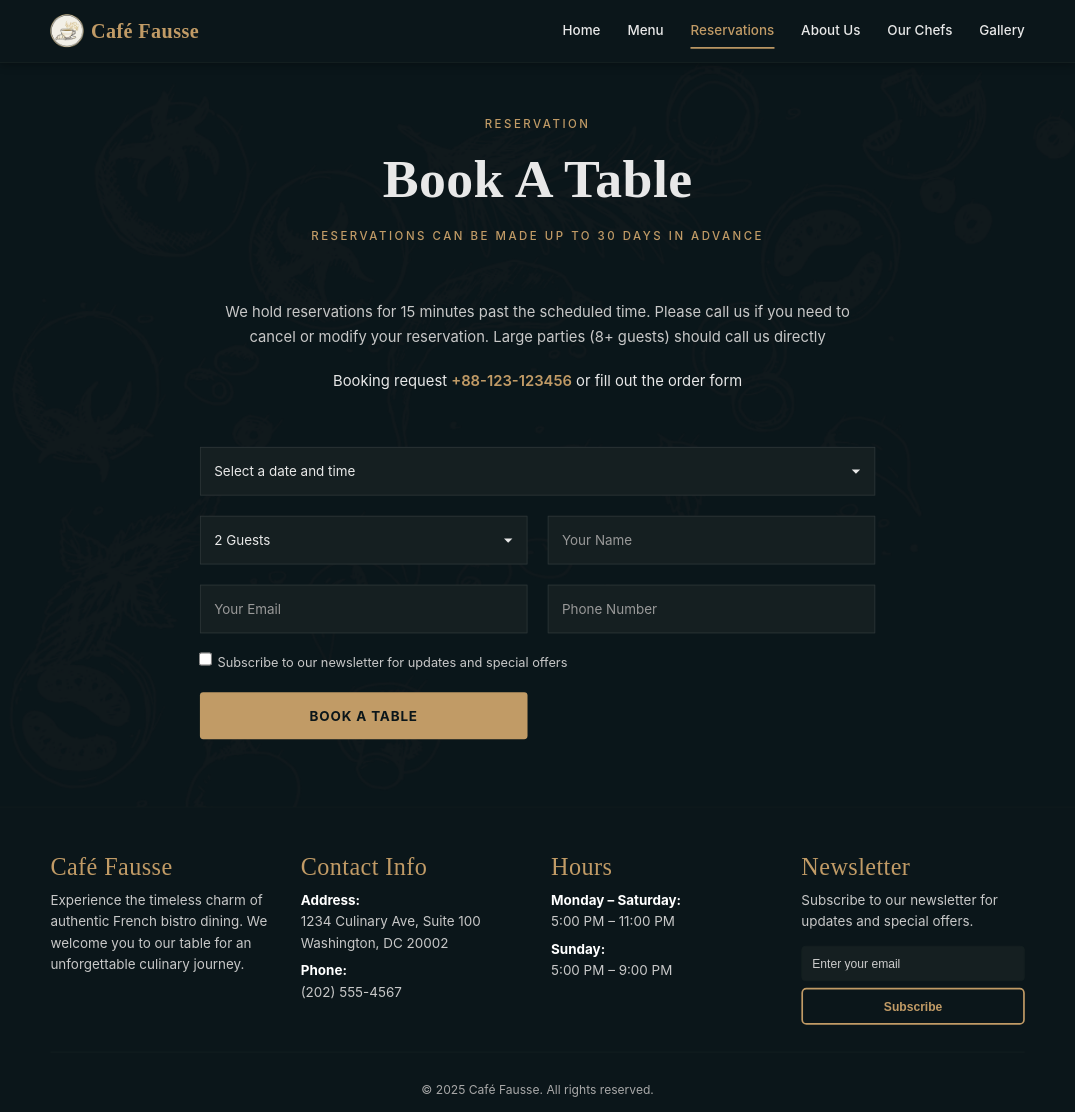
Repository: MatVanDenArt/MSSE-Cafe-Fausse
Page: /reservations (app in frontend/)
The author's editor kept a copy of each file at every save. The page is drawn from the files as they stood at one save, then again after the next save.
The browser window is 1280 px wide. The pictures show the whole page, at 84% of full size.
Backgrounds fixed to the window are drawn as part of the page. The project was rebuilt for these pictures with package versions that can differ from the ones it lists, and the page was loaded fresh each time. Also part of the build but not shown: frontend/src/pages/Home.css, frontend/src/pages/Home.js, frontend/src/pages/Menu.css, frontend/src/pages/Menu.js, frontend/src/pages/About.css, frontend/src/pages/About.js, frontend/src/pages/Gallery.css, frontend/src/pages/Gallery.js.

Above is the page before, as saved 2025-11-06 18:31:51.

### frontend/src/App.js
import React from "react";
import { BrowserRouter as Router, Routes, Route } from "react-router-dom";
import "./App.css";

// Import components
import Header from "./components/Header";
import Footer from "./components/Footer";
import Home from "./pages/Home";
import Menu from "./pages/Menu";
import Reservations from "./pages/Reservations";
import About from "./pages/About";
import Gallery from "./pages/Gallery";

function App() {
  return (
    <Router>
      <div className="App">
        <Header />
        <main className="main-content">
          <Routes>
            <Route path="/" element={<Home />} />
            <Route path="/menu" element={<Menu />} />
            <Route path="/reservations" element={<Reservations />} />
            <Route path="/about" element={<About />} />
            <Route path="/gallery" element={<Gallery />} />
          </Routes>
        </main>
        <Footer />
      </div>
    </Router>
  );
}

export default App;

### frontend/src/App.css
/* Global Styles */
* {
  margin: 0;
  padding: 0;
  box-sizing: border-box;
}

@import url("https://fonts.googleapis.com/css2?family=Dancing+Script:wght@400;500;600;700&family=Cormorant+Garamond:ital,wght@0,300;0,400;0,500;0,600;0,700;1,300;1,400;1,500;1,600&family=Inter:wght@300;400;500;600&family=Source+Sans+Pro:ital,wght@0,300;0,400;0,600;1,300;1,400&display=swap");

body {
  font-family: "Inter", "Source Sans Pro", "Helvetica Neue", "Arial", sans-serif;
  line-height: 1.6;
  color: #e8e8e8;
  background-color: #0b161a;
  font-weight: 400;
  padding-top: 70px; /* Account for fixed header */
}

/* Remove padding-top for home page since hero handles spacing */
.home {
  padding-top: 0;
}

.App {
  min-height: 100vh;
  display: flex;
  flex-direction: column;
}

.main-content {
  flex: 1;
}

/* Typography */
h1,
h2,
h3,
h4,
h5,
h6 {
  font-family: "Cormorant Garamond", "EB Garamond", "Georgia", "Times New Roman",
    serif;
  font-weight: 500;
  margin-bottom: 1rem;
  letter-spacing: 0.5px;
}

h1 {
  font-size: 2.5rem;
  color: #c19b66;
  font-family: "Dancing Script", "Cormorant Garamond", serif;
  font-weight: 600;
}

h2 {
  font-size: 2rem;
  color: #c19b66;
  font-family: "Dancing Script", "Cormorant Garamond", serif;
  font-weight: 600;
}

h3 {
  font-size: 2rem;
  color: #c19b66;
  font-family: "Cormorant Garamond", serif;
  font-weight: 500;
}

p {
  margin-bottom: 1rem;
  font-size: 1.1rem;
  font-family: "Inter", "Source Sans Pro", "Helvetica Neue", "Arial", sans-serif;
}

/* Container */
.container {
  max-width: 1200px;
  margin: 0 auto;
  padding: 0 20px;
}

/* Grid System */
.grid {
  display: grid;
  gap: 2rem;
}

.grid-2 {
  grid-template-columns: repeat(auto-fit, minmax(300px, 1fr));
}

.grid-3 {
  grid-template-columns: repeat(auto-fit, minmax(250px, 1fr));
}

.grid-4 {
  grid-template-columns: repeat(auto-fit, minmax(200px, 1fr));
}

/* Flexbox Utilities */
.flex {
  display: flex;
}

.flex-center {
  display: flex;
  justify-content: center;
  align-items: center;
}

.flex-between {
  display: flex;
  justify-content: space-between;
  align-items: center;
}

.flex-column {
  display: flex;
  flex-direction: column;
}

/* Buttons */
.btn {
  display: inline-block;
  padding: 12px 24px;
  background-color: #c19b66;
  color: #0b161a;
  text-decoration: none;
  border: none;
  border-radius: 6px;
  font-size: 1rem;
  font-weight: 600;
  cursor: pointer;
  transition: all 0.3s ease;
  text-align: center;
}

.btn-secondary {
  padding: 1rem 1.5rem;
  font-size: 1.1rem;
  background-color: transparent;
  color: #c19b66;
  border: 2px solid #c19b66;
}

.btn-secondary:hover {
  border: 2px solid #c19b66;
  background-color: #c19b66;
  color: #0b161a;
}

.btn-large {
  padding: 1rem 1.5rem;
  font-size: 1.1rem;
  border: 2px solid #c19b66;
}

.btn-large:hover {
  background-color: transparent;
  color: #c19b66;
  border: 2px solid #c19b66;
}

/* Forms */
.form-group {
  margin-bottom: 1.5rem;
}

.form-label {
  display: block;
  margin-bottom: 0.5rem;
  font-weight: 600;
  color: #c19b66;
}

.form-input,
.form-select,
.form-textarea {
  width: 100%;
  padding: 12px;
  border: 2px solid #151f21;
  border-radius: 5px;
  font-size: 1rem;
  transition: border-color 0.3s ease;
  background-color: #151f21;
  color: #e8e8e8;
}

.form-input:focus,
.form-select:focus,
.form-textarea:focus {
  outline: none;
  border-color: #c19b66;
  box-shadow: 0 0 0 3px rgba(193, 155, 102, 0.1);
}

.form-textarea {
  resize: vertical;
  min-height: 100px;
}

/* Cards */
.card {
  /* background: #151f21; */
  border-radius: 6px;
  box-shadow: 0 4px 6px rgba(0, 0, 0, 0.3);
  overflow: hidden;
  border: 1px solid rgba(193, 155, 102, 0.2);
}

.card-body {
  padding: 1.5rem;
}

.card-title {
  font-size: 1.25rem;
  margin-bottom: 0.5rem;
  color: #c19b66;
  font-family: "Dancing Script", "Cormorant Garamond", serif;
  font-weight: 500;
}

.card-text {
  color: #c8c8c8;
  margin-bottom: 1rem;
}

/* Images */
.img-responsive {
  width: 100%;
  height: auto;
  display: block;
}

.img-rounded {
  border-radius: 10px;
}

/* Sections */
.section {
  padding: 4rem 0;
}

.section-dark {
  background-color: #0b161a;
  color: white;
}

.section-light {
  background-color: #151f21;
}

.section-title {
  text-align: center;
}

.section-title h2 {
  font-size: 2.5rem;
  margin-bottom: 1rem;
}

.section-title p {
  font-size: 1.2rem;
  color: #c8c8c8;
  /* max-width: 600px; */
  margin: 0 auto;
}

/* Hero Section - Moved to Home.css */

.hero-content h1 {
  font-size: 3.5rem;
  margin-bottom: 1rem;
  color: white;
}

.hero-buttons {
  display: flex;
  gap: 1rem;
  justify-content: center;
  flex-wrap: wrap;
}

/* Navigation styles are in Header.css */

/* Footer */
.footer {
  background-color: #333;
  color: white;
  padding: 3rem 0 1rem;
}

.footer-content {
  display: grid;
  grid-template-columns: repeat(auto-fit, minmax(250px, 1fr));
  gap: 2rem;
  margin-bottom: 2rem;
}

.footer-bottom {
  text-align: center;
  padding-top: 2rem;
  border-top: 1px solid #555;
  color: #ccc;
}

/* Responsive Design */
@media (max-width: 768px) {
  .container {
    padding: 0 15px;
  }

  .hero-content h1 {
    font-size: 2.5rem;
  }

  .hero-content p {
    font-size: 1.1rem;
  }

  .hero-buttons {
    flex-direction: column;
    align-items: center;
  }

  /* Navigation responsive styles are in Header.css */

  .grid-2,
  .grid-3,
  .grid-4 {
    grid-template-columns: 1fr;
  }

  h1 {
    font-size: 2rem;
  }

  h2 {
    font-size: 1.5rem;
  }
}

@media (max-width: 480px) {
  .hero-content h1 {
    font-size: 2rem;
  }

  .section {
    padding: 2rem 0;
  }

  .btn {
    padding: 10px 20px;
    font-size: 0.9rem;
  }
}

/* Utility Classes */
.text-center {
  text-align: center;
}

.text-left {
  text-align: left;
}

.text-right {
  text-align: right;
}

.mb-1 {
  margin-bottom: 0.5rem;
}
.mb-2 {
  margin-bottom: 1rem;
}
.mb-3 {
  margin-bottom: 1.5rem;
}
.mb-4 {
  margin-bottom: 2rem;
}

.mt-1 {
  margin-top: 0.5rem;
}
.mt-2 {
  margin-top: 1rem;
}
.mt-3 {
  margin-top: 1.5rem;
}
.mt-4 {
  margin-top: 2rem;
}

.p-1 {
  padding: 0.5rem;
}
.p-2 {
  padding: 1rem;
}
.p-3 {
  padding: 1.5rem;
}
.p-4 {
  padding: 2rem;
}

.hidden {
  display: none;
}

.visible {
  display: block;
}

### frontend/src/components/Footer.js
import React, { useState } from "react";
import "./Footer.css";

const Footer = () => {
  const [email, setEmail] = useState("");
  const [isSubscribed, setIsSubscribed] = useState(false);
  const [isLoading, setIsLoading] = useState(false);

  const handleNewsletterSubmit = async (e) => {
    e.preventDefault();
    if (!email) return;

    setIsLoading(true);
    try {
      const response = await fetch("http://localhost:5000/api/newsletter", {
        method: "POST",
        headers: {
          "Content-Type": "application/json",
        },
        body: JSON.stringify({ email }),
      });

      if (response.ok) {
        setIsSubscribed(true);
        setEmail("");
      } else {
        const error = await response.json();
        console.error("Newsletter signup error:", error);
      }
    } catch (error) {
      console.error("Newsletter signup error:", error);
    } finally {
      setIsLoading(false);
    }
  };

  return (
    <footer className="footer">
      <div className="container">
        <div className="footer-content">
          <div className="footer-section">
            <h3>Café Fausse</h3>
            <p>
              Experience the timeless charm of authentic French bistro dining.
              We welcome you to our table for an unforgettable culinary journey.
            </p>
          </div>

          <div className="footer-section">
            <h3>Contact Info</h3>
            <p>
              <strong>Address:</strong>
              <br />
              1234 Culinary Ave, Suite 100
              <br />
              Washington, DC 20002
            </p>
            <p>
              <strong>Phone:</strong>
              <br />
              (202) 555-4567
            </p>
          </div>

          <div className="footer-section">
            <h3>Hours</h3>
            <p>
              <strong>Monday – Saturday:</strong>
              <br />
              5:00 PM – 11:00 PM
            </p>
            <p>
              <strong>Sunday:</strong>
              <br />
              5:00 PM – 9:00 PM
            </p>
          </div>

          <div className="footer-section">
            <h3>Newsletter</h3>
            <p>Subscribe to our newsletter for updates and special offers.</p>
            {isSubscribed ? (
              <div className="newsletter-success">
                <p>Thank you for subscribing!</p>
              </div>
            ) : (
              <form
                onSubmit={handleNewsletterSubmit}
                className="newsletter-form"
              >
                <input
                  type="email"
                  placeholder="Enter your email"
                  value={email}
                  onChange={(e) => setEmail(e.target.value)}
                  required
                  className="newsletter-input"
                />
                <button
                  type="submit"
                  disabled={isLoading}
                  className="btn btn-secondary newsletter-btn"
                >
                  {isLoading ? "Subscribing..." : "Subscribe"}
                </button>
              </form>
            )}
          </div>
        </div>

        <div className="footer-bottom">
          <p>&copy; 2025 Café Fausse. All rights reserved.</p>
        </div>
      </div>
    </footer>
  );
};

export default Footer;

### frontend/src/components/Header.css
.nav {
  background-color: #0b161a;
  box-shadow: 0 2px 10px rgba(0, 0, 0, 0.3);
  position: fixed;
  top: 0;
  left: 0;
  right: 0;
  z-index: 1002;
  border-bottom: 1px solid #151f21;
}

.nav-container {
  display: flex;
  justify-content: space-between;
  align-items: center;
  padding: 1rem 0;
}

.nav-logo {
  display: flex;
  align-items: center;
  gap: 0.5rem;
  text-decoration: none;
  font-family: "Cormorant Garamond", "EB Garamond", "Georgia", "Times New Roman",
    serif;
  font-weight: 500;
  letter-spacing: 0.5px;
}

.nav-logo-img {
  height: 40px;
  width: auto;
}

.nav-logo-text {
  font-size: 1.5rem;
  font-weight: bold;
  color: #c19b66;
  font-family: "Dancing Script", "Cormorant Garamond", serif;
}

.nav-logo:hover .nav-logo-text {
  color: #c19b66;
}

.nav-menu {
  display: flex;
  list-style: none;
  gap: 2rem;
  margin: 0;
  padding: 0;
}

.nav-link {
  color: #e8e8e8;
  text-decoration: none;
  font-weight: 500;
  transition: color 0.3s ease;
  padding: 0.5rem 0;
  position: relative;
}

.nav-link:hover,
.nav-link.active {
  color: #c19b66;
}

.nav-link.active::after {
  content: "";
  position: absolute;
  bottom: 0;
  left: 0;
  right: 0;
  height: 2px;
  background-color: #c19b66;
}

.nav-toggle {
  display: none;
  flex-direction: column;
  background: none;
  border: none;
  cursor: pointer;
  padding: 0.5rem;
}

.nav-toggle-line {
  width: 25px;
  height: 3px;
  background-color: #c19b66;
  margin: 3px 0;
  transition: 0.3s;
}

/* Mobile Navigation */
@media (max-width: 768px) {
  .nav-toggle {
    display: flex;
  }

  .nav-menu {
    position: fixed;
    top: 76px;
    right: 0;
    bottom: 0;
    width: 80%;
    max-width: 320px;
    background-color: #0b161a;
    flex-direction: column;
    gap: 0; /* Remove gap on mobile */
    padding: 0rem; /* Add padding for mobile menu */
    box-shadow: -2px 0 10px rgba(0, 0, 0, 0.3);
    transform: translateX(100%);
    opacity: 1;
    visibility: hidden;
    transition: transform 0.4s cubic-bezier(0.4, 0, 0.2, 1), visibility 0.4s;
    z-index: 1001;
    border-left: 1px solid #151f21;
    overflow-y: auto;
  }

  .nav-menu-open {
    transform: translateX(0);
    visibility: visible;
  }

  .nav-link {
    padding: 1.5rem 0;
    border-bottom: 1px solid #151f21;
    text-align: center;
    color: #e8e8e8;
  }

  .nav-link:last-child {
    border-bottom: none;
  }

  .nav-link:hover,
  .nav-link.active {
    color: #c19b66;
  }

  .nav-toggle.open .nav-toggle-line:nth-child(1) {
    transform: rotate(45deg) translate(5px, 5px);
  }

  .nav-toggle.open .nav-toggle-line:nth-child(2) {
    opacity: 0;
  }

  .nav-toggle.open .nav-toggle-line:nth-child(3) {
    transform: rotate(-45deg) translate(7px, -6px);
  }

  /* Menu Button z-index to stay above menu */
  .nav-toggle {
    position: relative;
    z-index: 1003;
  }

  /* Backdrop Overlay */
  .nav-overlay {
    position: fixed;
    top: 70px; /* Start below the nav header */
    left: 0;
    right: 0;
    bottom: 0;
    background-color: rgba(0, 0, 0, 0.5);
    z-index: 998;
    opacity: 0;
    visibility: hidden;
    pointer-events: none;
    transition: opacity 0.4s cubic-bezier(0.4, 0, 0.2, 1), visibility 0.4s;
  }

  .nav-overlay.nav-overlay-visible {
    opacity: 1;
    visibility: visible;
    pointer-events: auto;
  }
}

### frontend/src/components/Footer.css
.footer {
  background-color: #0b161a;
  color: #e8e8e8;
  padding: 3rem 0 1rem;
  margin-top: auto;
  border-top: 1px solid #151f21;
}

.footer-content {
  display: grid;
  grid-template-columns: repeat(auto-fit, minmax(250px, 1fr));
  gap: 2rem;
  margin-bottom: 2rem;
}

.footer-section h3 {
  color: #c19b66;
  font-size: 1.8rem;
  font-family: "Cormorant Garamond", "Times New Roman", serif;
  font-weight: 500;
  letter-spacing: 0.5px;
  margin-bottom: 0.25rem;
}

.footer-section p {
  margin-bottom: 0.5rem;
  line-height: 1.6;
  color: #c8c8c8;
  font-size: 1rem;
}

.footer-section strong {
  color: white;
}

.newsletter-form {
  display: flex;
  flex-direction: column;
  gap: 0.5rem;
  margin-top: 1rem;
}

.newsletter-input {
  padding: 0.75rem;
  border: 1px solid #151f21;
  border-radius: 5px;
  background-color: #151f21;
  color: #e8e8e8;
  font-size: 0.9rem;
}

.newsletter-input::placeholder {
  color: #ccc;
}

.newsletter-input:focus {
  outline: none;
  border-color: #c19b66;
}

.newsletter-btn {
  padding: 0.75rem;
  font-size: 0.9rem;
  border: 2px solid #c19b66;
  background-color: transparent;
  color: #c19b66;
}

.newsletter-btn:hover {
  background-color: #c19b66;
  color: #0b161a;
}

.newsletter-btn:disabled {
  opacity: 0.6;
  cursor: not-allowed;
}

.newsletter-success {
  background-color: #4caf50;
  padding: 1rem;
  border-radius: 5px;
  text-align: center;
  margin-top: 1rem;
}

.newsletter-success p {
  margin: 0;
  color: white;
  font-weight: 600;
}

.footer-bottom {
  text-align: center;
  padding-top: 2rem;
  border-top: 1px solid #151f21;
  color: #a8a8a8;
}

.footer-bottom p {
  margin: 0;
  font-size: 0.9rem;
}

@media (max-width: 768px) {
  .footer {
    padding: 2rem 0 1rem;
  }

  .footer-content {
    grid-template-columns: 1fr;
    gap: 1.5rem;
  }

  .newsletter-form {
    flex-direction: column;
  }
}

### frontend/src/pages/Reservations.css
.reservations {
  padding: 2rem 0;
  min-height: 100vh;
  position: relative;
  background-color: #0b161a;
}

.reservations::before {
  content: "";
  position: absolute;
  top: 0;
  left: 0;
  right: 0;
  bottom: 0;
  background-color: rgba(11, 22, 26, 0.7);
  z-index: 0;
}

.reservations > .container {
  position: relative;
  z-index: 1;
}

.reservation-header-section {
  text-align: center;
  max-width: 800px;
  margin-left: auto;
  margin-right: auto;
  padding: 0 20px;
}

.reservation-header-section .section-title {
  text-align: center;
  padding: 2rem 0 1rem;
  margin-bottom: 2rem;
}

.reservation-header-section .section-title p {
  font-size: 0.85rem;
  text-transform: uppercase;
  letter-spacing: 3px;
  margin-bottom: 1rem;
  font-weight: 500;
  display: inline-block;
  color: #c19b66;
}

.reservation-header-section .section-title h1 {
  font-size: 4rem;
  color: #e8e8e8;
  margin-bottom: 1rem;
  font-family: "Cormorant Garamond", serif;
  font-weight: 600;
  line-height: 1.2;
}

.reservation-description {
  font-size: 1.1rem;
  line-height: 1.7;
  color: #c8c8c8;
  margin-bottom: 1.5rem;
  font-family: "Inter", "Source Sans Pro", sans-serif;
}

.booking-contact {
  font-size: 1.1rem;
  color: #e8e8e8;
  font-family: "Inter", "Source Sans Pro", sans-serif;
}

.phone-number {
  color: #c19b66;
  font-weight: 600;
}

.reservation-form-container {
  padding: 3rem;
  max-width: 900px;
  margin: 0 auto;
}

.reservation-form {
  max-width: 100%;
  display: grid;
  grid-template-columns: repeat(2, 1fr);
  gap: 1.5rem; /* Consistent spacing between all form elements */
}

.form-group {
  margin-bottom: 0; /* Remove margin - spacing handled by parent gap */
}

.form-group-full {
  grid-column: 1 / -1; /* Full width fields span both columns */
}

.sr-only {
  position: absolute;
  width: 1px;
  height: 1px;
  padding: 0;
  margin: -1px;
  overflow: hidden;
  clip: rect(0, 0, 0, 0);
  white-space: nowrap;
  border-width: 0;
}

.form-input,
.form-select {
  width: 100%;
  padding: 18px 16px;
  border: 1px solid rgb(255 255 255 / 10%);
  border-radius: 0;
  font-size: 1rem;
  transition: border-color 0.3s ease;
  background-color: #151f21;
  color: #e8e8e8;
  font-family: "Inter", "Source Sans Pro", sans-serif;
  appearance: none;
  -webkit-appearance: none;
  -moz-appearance: none;
}

.form-select {
  background-image: url("data:[embedded picture, 161 characters]");
  background-repeat: no-repeat;
  background-position: right 16px center;
  padding-right: 40px;
}

.form-input:focus,
.form-select:focus {
  outline: none;
  border-color: #e4c590;
  background-color: #2a2a2a;
}

.form-input::placeholder {
  color: #999999;
}

.form-textarea {
  width: 100%;
  padding: 18px 16px;
  border: 1px solid #e8e8e8;
  border-radius: 0;
  font-size: 1rem;
  transition: border-color 0.3s ease;
  background-color: #2a2a2a;
  color: #e8e8e8;
  font-family: "Inter", "Source Sans Pro", sans-serif;
  resize: vertical;
  min-height: 120px;
}

.form-textarea:focus {
  outline: none;
  border-color: #e8e8e8;
  background-color: #2a2a2a;
}

.form-textarea::placeholder {
  color: #c8c8c8;
}

.checkbox-label {
  display: flex;
  align-items: flex-start;
  gap: 0.5rem;
  cursor: pointer;
  font-size: 0.95rem;
  line-height: 1.4;
}

.checkbox-input {
  margin: 0;
  transform: scale(1.2);
  accent-color: #c19b66;
}

.checkbox-text {
  color: #c8c8c8;
}

.submit-status {
  padding: 1rem;
  border-radius: 8px;
  margin-bottom: 1.5rem;
  font-weight: 500;
}

.submit-status.success {
  background-color: #d4edda;
  color: #155724;
  border: 1px solid #c3e6cb;
}

.submit-status.error {
  background-color: #f8d7da;
  color: #721c24;
  border: 1px solid #f5c6cb;
}

.reservation-submit {
  width: 100%;
  padding: 18px 32px;
  font-size: 1rem;
  font-weight: 700;
  letter-spacing: 1px;
  text-transform: uppercase;
  background-color: #c19b66;
  color: #0b161a;
  border: none;
  border-radius: 4px;
  cursor: pointer;
  transition: all 0.3s ease;
  font-family: "Inter", "Source Sans Pro", sans-serif;
}

.reservation-submit:hover:not(:disabled) {
  background-color: #b08a55;
}

.reservation-submit:disabled {
  background-color: #ccc;
  cursor: not-allowed;
  transform: none;
}

.powered-by {
  text-align: center;
  font-size: 0.9rem;
  color: #a8a8a8;
  margin-top: 1.5rem;
  font-family: "Inter", "Source Sans Pro", sans-serif;
  padding: 0;
}

.reservation-policy-section {
  margin-top: 4rem;
  max-width: 900px;
  margin-left: auto;
  margin-right: auto;
  padding: 0 20px;
}

.info-card {
  background: #151f21;
  padding: 1.5rem;
  border-radius: 10px;
  box-shadow: 0 2px 4px rgba(0, 0, 0, 0.3);
  border-left: 4px solid #8b4513;
  border: 1px solid #1f2a2d;
}

.info-card h3 {
  color: #8b4513;
  margin-bottom: 1rem;
  font-size: 1.2rem;
  font-family: "Dancing Script", "Cormorant Garamond", serif;
  font-weight: 500;
}

.info-card ul {
  list-style: none;
  padding: 0;
  margin: 0;
}

.info-card li {
  padding: 0.5rem 0;
  border-bottom: 1px solid #1f2a2d;
  position: relative;
  padding-left: 1.5rem;
  color: #c8c8c8;
}

.info-card li:last-child {
  border-bottom: none;
}

.info-card li::before {
  content: "•";
  color: #c19b66;
  font-weight: bold;
  position: absolute;
  left: 0;
}

.info-card p {
  margin-bottom: 0.5rem;
  line-height: 1.5;
  color: #c8c8c8;
}

.info-card strong {
  color: #c19b66;
}

@media (max-width: 968px) {
  .reservation-header-section .section-title h1 {
    font-size: 2.5rem;
  }
}

@media (max-width: 768px) {
  .reservation-header-section .section-title {
    margin-bottom: 1.5rem;
  }

  .reservation-header-section .section-title h1 {
    font-size: 2rem;
  }
  .reservations {
    padding: 1rem 0;
  }

  .reservation-form-container {
    padding: 1.5rem;
  }

  .reservation-form {
    grid-template-columns: 1fr; /* Single column on mobile */
  }

  .reservation-title {
    font-size: 2.5rem;
  }

  .reservation-description,
  .booking-contact {
    font-size: 1rem;
  }

  .info-card {
    padding: 1rem;
  }

  .info-card h3 {
    font-size: 1.1rem;
  }
}

@media (max-width: 480px) {
  .reservation-header-section .section-title h1 {
    font-size: 1.75rem;
  }
  .reservation-form-container {
    padding: 1rem;
  }

  .form-input,
  .form-select {
    padding: 10px;
    font-size: 0.9rem;
  }

  .reservation-submit {
    padding: 14px;
    font-size: 1rem;
  }

  .info-card {
    padding: 0.8rem;
  }
}

Loaded but not shown: frontend/public/index.html (common file); frontend/src/index.js (common file); frontend/src/index.css (common file); frontend/src/reportWebVitals.js (common file); frontend/src/pages/Reservations.js (279 lines, source omitted); frontend/src/components/Header.js (129 lines, source omitted)

After the next save:
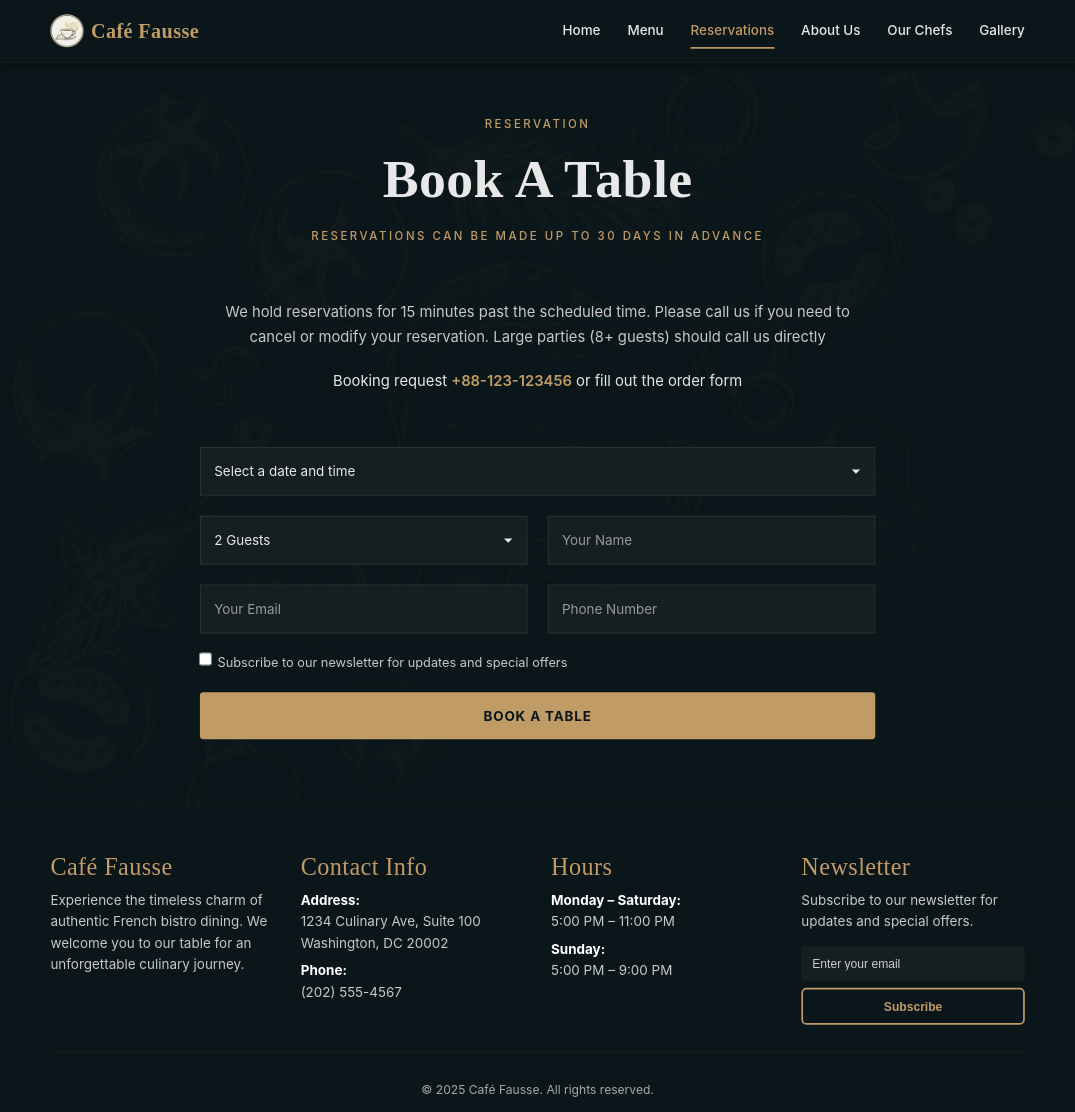
Saved 2 min 12 s later.
--- a/frontend/src/pages/Reservations.css
+++ b/frontend/src/pages/Reservations.css
@@ -216,6 +216,7 @@
   cursor: pointer;
   transition: all 0.3s ease;
   font-family: "Inter", "Source Sans Pro", sans-serif;
+  grid-column: 1 / -1; /* Span full width of the grid */
 }
 
 .reservation-submit:hover:not(:disabled) {
